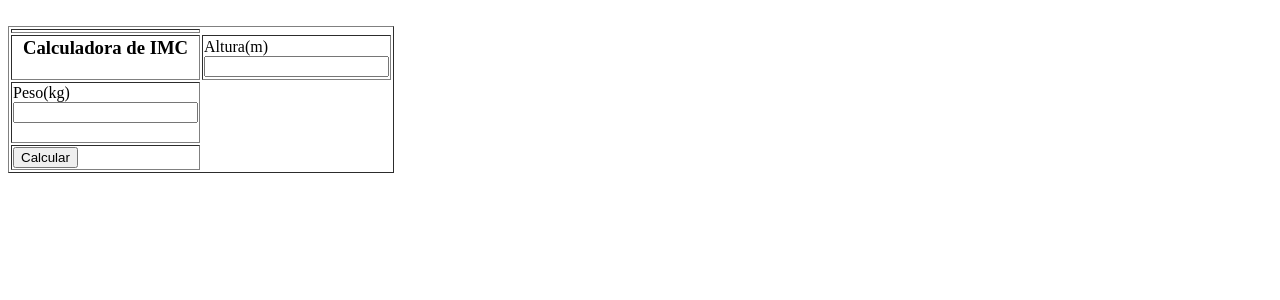
Repository: Patriciamativi/Projetos
Page: tabela.html
These files come from the project's save history. The page is drawn as it stood at one moment and after the next save; the edit follows.
The browser window is 1280 px wide. The pictures show the whole page.

Above is the page before, as saved 2022-11-17 21:12:24.

After the next save:
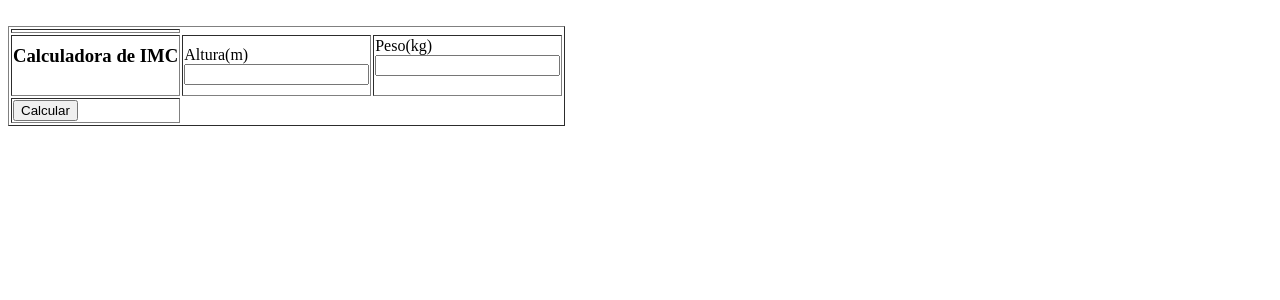
Saved 4 s later.
--- a/tabela.html
+++ b/tabela.html
@@ -14,7 +14,7 @@
         <td>Altura(m)<br/>
             <input type: "number" ></br></td>
 
-        <tr><td>Peso(kg)<br/>
+        <td>Peso(kg)<br/>
             <input type: "number" > </br></br></td>
 
         <tr><td><input type= "submit" value="Calcular"></td></tr>
